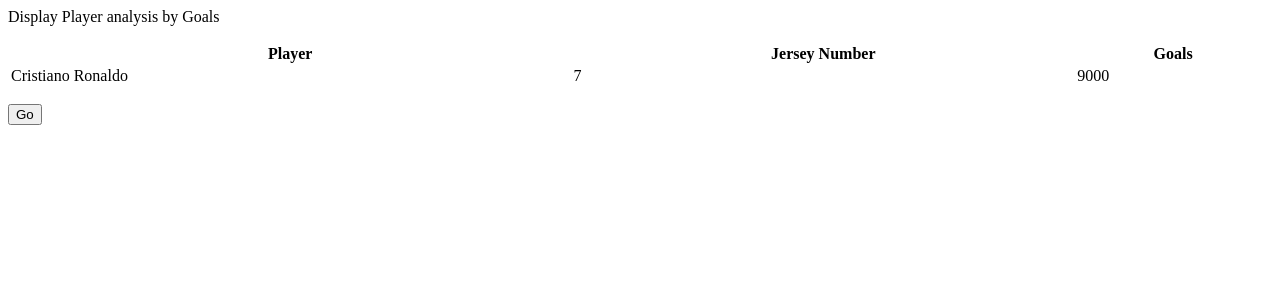
Repository: FredGlozman/SwiftScore
Page: SwiftScore/PlayerAnalysisMode.html
These files come from the project's save history. The page is drawn as it stood at one moment and after the next save; the edit follows.
The browser window is 1280 px wide. The pictures show the whole page.

Above is the page before, as saved 2015-12-02 18:24:28.

After the next save:
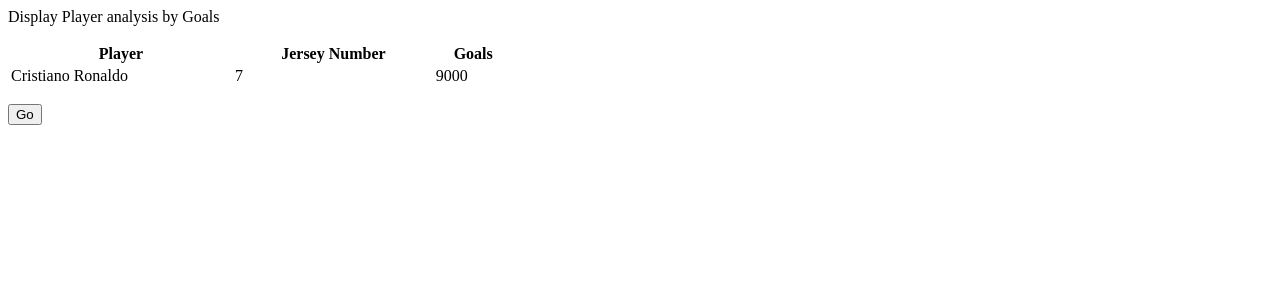
Saved 9 s later.
--- a/SwiftScore/PlayerAnalysisMode.html
+++ b/SwiftScore/PlayerAnalysisMode.html
@@ -7,7 +7,7 @@
 				Display Player analysis by Goals
 			</p>
 			<p>
-	<table style="width:100%">
+	<table style="width:40%">
  		<tr>
     		<th>Player</th>
     		<th>Jersey Number</th>
